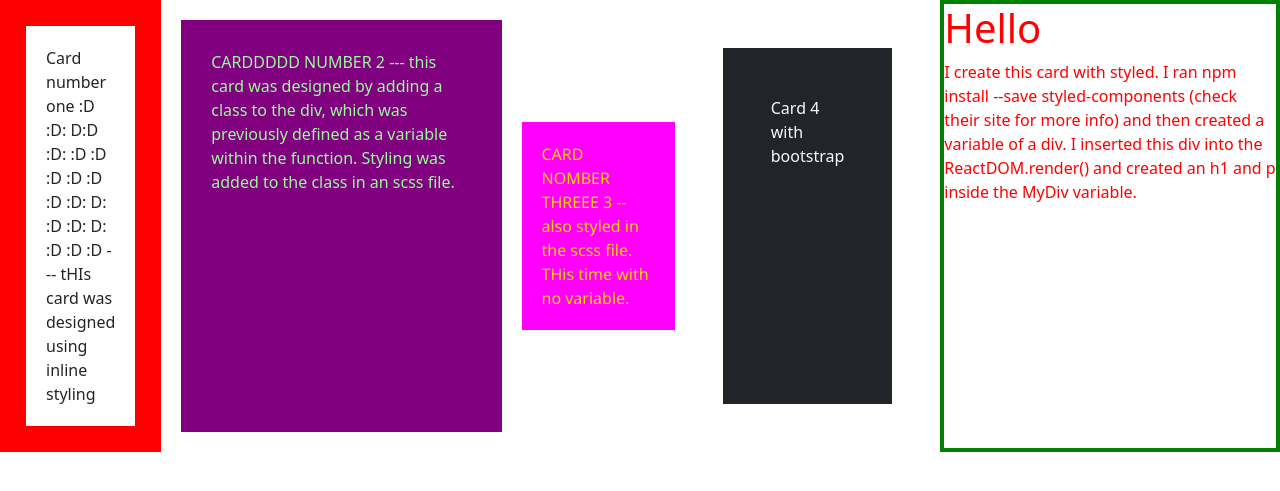
Repository: FbW-E01/spa-react-stylish-cards-gronger
Page: / (app in react-stuff/)
These files come from the project's save history. The page is drawn as it stood at one moment and after the next save; the edit follows.
The browser window is 1280 px wide. The pictures show the whole page.
The project was rebuilt for these pictures with package versions that can differ from the ones it lists, and the page was loaded fresh each time.

Above is the page before, as saved 2021-07-14 14:13:04.

### react-stuff/src/index.js
import React from 'react';
import ReactDOM from 'react-dom';
import './main.scss';
import 'bootstrap/dist/css/bootstrap.min.css';
import styled from 'styled-components';


function CardOneInline() {
  const divStyle = {
    border: '26px solid red',
    margin: 'auto',
    padding: '20px',
    width: '30%',
  }

  return <div style={divStyle}>
    Card number one :D :D: D:D :D: :D :D :D :D :D :D :D: D: :D :D: D: :D :D :D --- tHIs card was designed using inline styling
  </div>
}

function CardTwoClass() {
  let className = 'purpleClass';

  return <div className={className}>
    CARDDDDD NUMBER 2 --- this card was designed by adding a class to the div, which was previously defined as a variable within the function. Styling was added to the class in an scss file.
  </div>
}

function CardThreeScssClass() {
  return <div className='class-3'>
    CARD NOMBER THREEE 3 -- also styled in the scss file. THis time with no variable.
  </div>
}

function CardFourBootstrap() {
  return <div className="p-5 m-5 warning bg-dark text-light">
    Card 4 with bootstrap
  </div>
}

const MyDiv = styled.div`
  border: 4px solid green;
  color: red;
`;

ReactDOM.render(
  <div className="wrapper">
    <CardOneInline />
    <CardTwoClass />
    <CardThreeScssClass />
    <CardFourBootstrap />
    <MyDiv><h1>Hello</h1>
    <p>I create this card with styled. I ran npm install --save styled-components (check their site for more info) and then created a variable of a div. I inserted this div into the ReactDOM.render() and created an h1 and p inside the MyDiv variable. </p></MyDiv>
  </div>

  , document.getElementById('root')
);

### react-stuff/src/main.scss
.wrapper {
    display: flex;
    .class-3 {
        background-color: fuchsia;
        color: gold;
        font-family: 'Segoe UI', Tahoma, Geneva, Verdana, sans-serif;
        margin: auto;
        padding: 20px;
    }
    .purpleClass {
        color: palegreen;
        background-color: purple;
        padding: 30px;
        margin: 20px;
    }
}

Loaded but not shown: react-stuff/public/index.html (common file)

After the next save:
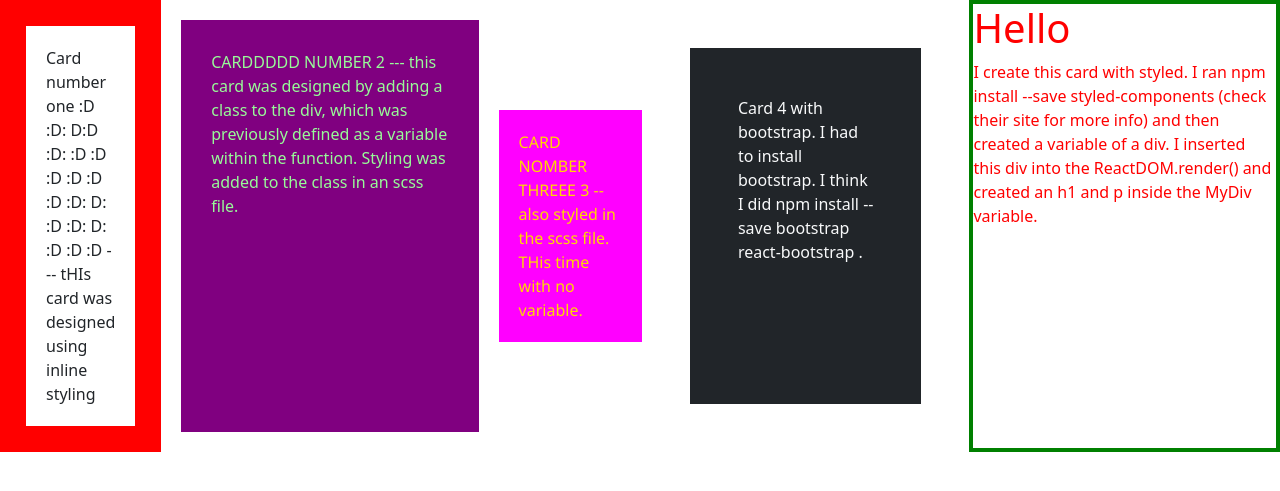
Saved 32 s later.
--- a/react-stuff/src/index.js
+++ b/react-stuff/src/index.js
@@ -34,7 +34,7 @@ function CardThreeScssClass() {
 
 function CardFourBootstrap() {
   return <div className="p-5 m-5 warning bg-dark text-light">
-    Card 4 with bootstrap
+    Card 4 with bootstrap. I had to install bootstrap. I think I did npm install --save bootstrap react-bootstrap .
   </div>
 }
 
